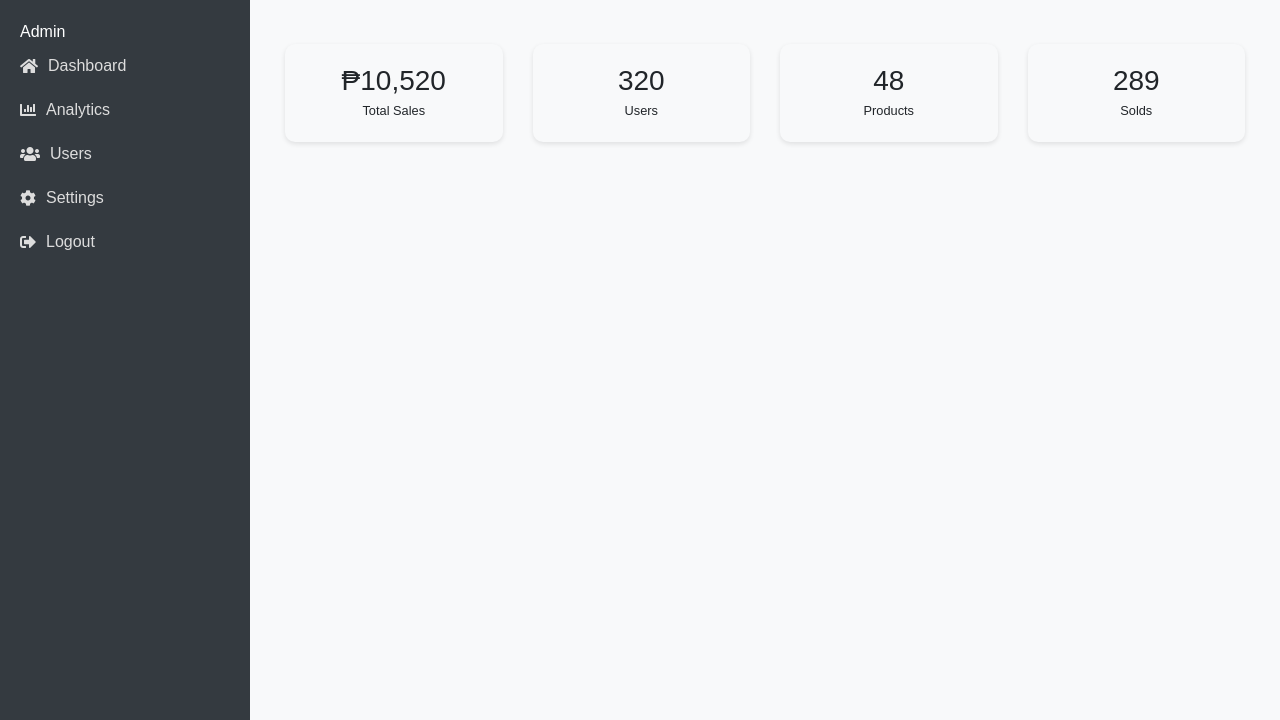
Repository: Darkrepo23/Ecommerce-Manalastas-project
Page: admin/dashboard.html
These files come from the project's save history. The page is drawn as it stood at one moment and after the next save; the edit follows.
The browser window is 1280 px wide. The pictures show the whole page.
Some web libraries are served in a nearby version.

Above is the page before, as saved 2026-01-06 09:07:28.

### admin/dashboard.html
<!DOCTYPE html>
<html lang="en">

<head>
    <meta charset="UTF-8">
    <meta name="viewport" content="width=device-width, initial-scale=1.0">
    <title>Modern Sidebar</title>
    <link rel="stylesheet" href="https://stackpath.bootstrapcdn.com/bootstrap/4.5.2/css/bootstrap.min.css">
    <link rel="stylesheet" href="https://cdnjs.cloudflare.com/ajax/libs/font-awesome/5.15.4/css/all.min.css">
    <style>
        body {
            font-family: 'Arial', sans-serif;
            background-color: #f8f9fa;
        }

        .sidebar {
            width: 250px;
            height: 100vh;
            background: #343a40;
            color: #fff;
            padding: 20px;
            position: fixed;
            left: 0;
            top: 0;
            transition: transform 0.3s ease;
        }

        .sidebar .nav-link {
            color: #ddd;
            padding: 10px 0;
            display: flex;
            align-items: center;
            gap: 10px;
        }

        .sidebar .nav-link:hover {
            color: #fff;
        }

        /* Hide sidebar on mobile */
        @media (max-width: 768px) {
            .sidebar {
                transform: translateX(-100%);
            }

            .sidebar.active {
                transform: translateX(0);
            }

            .hamburger {
                display: block;
            }
        }

        /* Hamburger button */
        .hamburger {
            font-size: 25px;
            margin: 15px;
            cursor: pointer;
            display: none;
            /* desktop hidden */
            position: fixed;
            z-index: 999;
        }

        .content {
            margin-left: 250px;
            padding: 20px;
        }


        .stat-card {
            padding: 20px;
            border-radius: 10px;
            background: #f8f9fa;
            text-align: center;
            box-shadow: 0 2px 5px rgba(0, 0, 0, 0.1);
        }

        .stat-card:hover {
            transform: translateY(-3px);
        }

        .stat-value {
            font-size: 1.8rem;
            font-weight: bold;
        }

        .stat-title {
            font-size: .9rem;
            color: #777;
            margin-top: 5px;
        }
    </style>
    </style>
</head>

<body>

    <div class="hamburger" onclick="toggleSidebar()">
        <i class="fas fa-bars"></i>
    </div>


   <div class="sidebar" id="sidebar">
    <div class="logo">
        Admin
    </div>
    <ul class="nav flex-column">
        <li class="nav-item">
            <a class="nav-link" href="#">
                <i class="fas fa-home"></i>
                Dashboard
            </a>
        </li>
        <li class="nav-item">
            <a class="nav-link" href="#">
                <i class="fas fa-chart-bar"></i>
                Analytics
            </a>
        </li>
        <li class="nav-item">
            <a class="nav-link" href="#">
                <i class="fas fa-users"></i>
                Users
            </a>
        </li>
        <li class="nav-item">
            <a class="nav-link" href="#">
                <i class="fas fa-cog"></i>
                Settings
            </a>
        </li>
        <li class="nav-item">
            <a class="nav-link" href="#">
                <i class="fas fa-sign-out-alt"></i>
                Logout
            </a>
        </li>
    </ul>
</div>

    <div class="content">
        <div class="container mt-4">
            <div class="row gy-3">

                <!-- Total Sales -->
                <div class="col-12 col-md-3">
                    <div class="stat-card">
                        <h3 class="mb-0">₱10,520</h3>
                        <small>Total Sales</small>
                    </div>
                </div>

                <!-- Users -->
                <div class="col-12 col-md-3">
                    <div class="stat-card">
                        <h3 class="mb-0">320</h3>
                        <small>Users</small>
                    </div>
                </div>

                <!-- Products -->
                <div class="col-12 col-md-3">
                    <div class="stat-card">
                        <h3 class="mb-0">48</h3>
                        <small>Products</small>
                    </div>
                </div>

                <!-- Solds -->
                <div class="col-12 col-md-3">
                    <div class="stat-card">
                        <h3 class="mb-0">289</h3>
                        <small>Solds</small>
                    </div>
                </div>

            </div>
        </div>
    </div>

    <script src="https://code.jquery.com/jquery-3.5.1.slim.min.js"></script>
    <script src="https://cdn.jsdelivr.net/npm/@popperjs/core@2.5.3/dist/umd/popper.min.js"></script>
    <script src="https://stackpath.bootstrapcdn.com/bootstrap/4.5.2/js/bootstrap.min.js"></script>
</body>

</html>

After the next save:
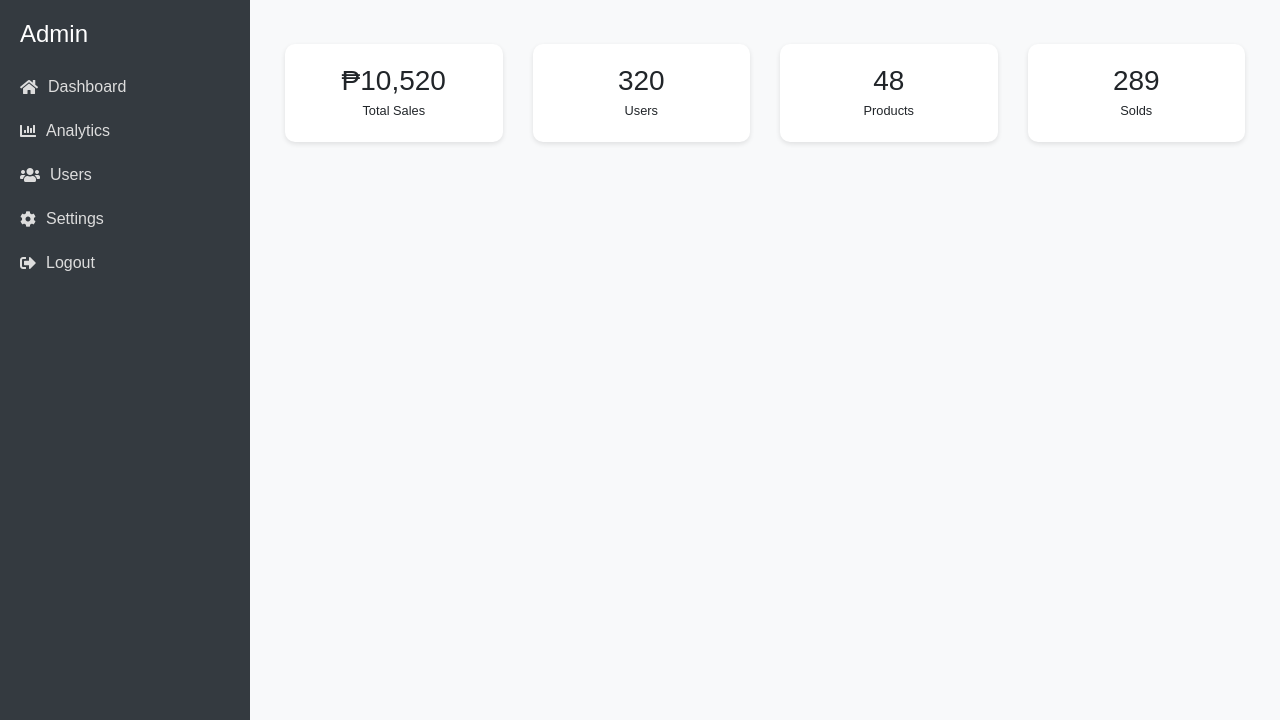
Saved 100 s later.
--- a/admin/dashboard.html
+++ b/admin/dashboard.html
@@ -5,12 +5,15 @@
     <meta charset="UTF-8">
     <meta name="viewport" content="width=device-width, initial-scale=1.0">
     <title>Modern Sidebar</title>
+
     <link rel="stylesheet" href="https://stackpath.bootstrapcdn.com/bootstrap/4.5.2/css/bootstrap.min.css">
     <link rel="stylesheet" href="https://cdnjs.cloudflare.com/ajax/libs/font-awesome/5.15.4/css/all.min.css">
+
     <style>
         body {
             font-family: 'Arial', sans-serif;
             background-color: #f8f9fa;
+            overflow-x: hidden;
         }
 
         .sidebar {
@@ -23,6 +26,7 @@
             left: 0;
             top: 0;
             transition: transform 0.3s ease;
+            z-index: 1000;
         }
 
         .sidebar .nav-link {
@@ -37,8 +41,16 @@
             color: #fff;
         }
 
-        /* Hide sidebar on mobile */
+        /* Content next to sidebar on desktop */
+        .content {
+            margin-left: 250px;
+            padding: 20px;
+            transition: 0.3s;
+        }
+
+        /* MOBILE FIXES */
         @media (max-width: 768px) {
+
             .sidebar {
                 transform: translateX(-100%);
             }
@@ -50,6 +62,11 @@
             .hamburger {
                 display: block;
             }
+
+            /* Content should NOT be shifted on mobile */
+            .content {
+                margin-left: 0;
+            }
         }
 
         /* Hamburger button */
@@ -57,94 +74,64 @@
             font-size: 25px;
             margin: 15px;
             cursor: pointer;
-            display: none;
-            /* desktop hidden */
+            display: none; /* hidden on desktop */
             position: fixed;
-            z-index: 999;
+            z-index: 1100;
+            color: #343a40;
         }
 
-        .content {
-            margin-left: 250px;
-            padding: 20px;
-        }
-
-
+        /* Dashboard cards */
         .stat-card {
             padding: 20px;
             border-radius: 10px;
-            background: #f8f9fa;
+            background: #fff;
             text-align: center;
             box-shadow: 0 2px 5px rgba(0, 0, 0, 0.1);
+            transition: .2s;
         }
 
         .stat-card:hover {
             transform: translateY(-3px);
         }
-
-        .stat-value {
-            font-size: 1.8rem;
-            font-weight: bold;
-        }
-
-        .stat-title {
-            font-size: .9rem;
-            color: #777;
-            margin-top: 5px;
-        }
-    </style>
     </style>
 </head>
 
 <body>
 
+    <!-- Hamburger Menu -->
     <div class="hamburger" onclick="toggleSidebar()">
         <i class="fas fa-bars"></i>
     </div>
 
+    <!-- Sidebar -->
+    <div class="sidebar" id="sidebar">
+        <div class="logo mb-3">
+            <h4>Admin</h4>
+        </div>
+        <ul class="nav flex-column">
+            <li class="nav-item">
+                <a class="nav-link" href="#"><i class="fas fa-home"></i> Dashboard</a>
+            </li>
+            <li class="nav-item">
+                <a class="nav-link" href="#"><i class="fas fa-chart-bar"></i> Analytics</a>
+            </li>
+            <li class="nav-item">
+                <a class="nav-link" href="#"><i class="fas fa-users"></i> Users</a>
+            </li>
+            <li class="nav-item">
+                <a class="nav-link" href="#"><i class="fas fa-cog"></i> Settings</a>
+            </li>
+            <li class="nav-item">
+                <a class="nav-link" href="#"><i class="fas fa-sign-out-alt"></i> Logout</a>
+            </li>
+        </ul>
+    </div>
 
-   <div class="sidebar" id="sidebar">
-    <div class="logo">
-        Admin
-    </div>
-    <ul class="nav flex-column">
-        <li class="nav-item">
-            <a class="nav-link" href="#">
-                <i class="fas fa-home"></i>
-                Dashboard
-            </a>
-        </li>
-        <li class="nav-item">
-            <a class="nav-link" href="#">
-                <i class="fas fa-chart-bar"></i>
-                Analytics
-            </a>
-        </li>
-        <li class="nav-item">
-            <a class="nav-link" href="#">
-                <i class="fas fa-users"></i>
-                Users
-            </a>
-        </li>
-        <li class="nav-item">
-            <a class="nav-link" href="#">
-                <i class="fas fa-cog"></i>
-                Settings
-            </a>
-        </li>
-        <li class="nav-item">
-            <a class="nav-link" href="#">
-                <i class="fas fa-sign-out-alt"></i>
-                Logout
-            </a>
-        </li>
-    </ul>
-</div>
-
+    <!-- Main Content -->
     <div class="content">
         <div class="container mt-4">
             <div class="row gy-3">
 
-                <!-- Total Sales -->
                 <div class="col-12 col-md-3">
                     <div class="stat-card">
                         <h3 class="mb-0">₱10,520</h3>
@@ -152,7 +139,6 @@
                     </div>
                 </div>
 
-                <!-- Users -->
                 <div class="col-12 col-md-3">
                     <div class="stat-card">
                         <h3 class="mb-0">320</h3>
@@ -160,7 +146,6 @@
                     </div>
                 </div>
 
-                <!-- Products -->
                 <div class="col-12 col-md-3">
                     <div class="stat-card">
                         <h3 class="mb-0">48</h3>
@@ -168,7 +153,6 @@
                     </div>
                 </div>
 
-                <!-- Solds -->
                 <div class="col-12 col-md-3">
                     <div class="stat-card">
                         <h3 class="mb-0">289</h3>
@@ -180,9 +164,12 @@
         </div>
     </div>
 
-    <script src="https://code.jquery.com/jquery-3.5.1.slim.min.js"></script>
-    <script src="https://cdn.jsdelivr.net/npm/@popperjs/core@2.5.3/dist/umd/popper.min.js"></script>
-    <script src="https://stackpath.bootstrapcdn.com/bootstrap/4.5.2/js/bootstrap.min.js"></script>
+    <script>
+        function toggleSidebar() {
+            document.getElementById("sidebar").classList.toggle("active");
+        }
+    </script>
+
 </body>
 
 </html>
